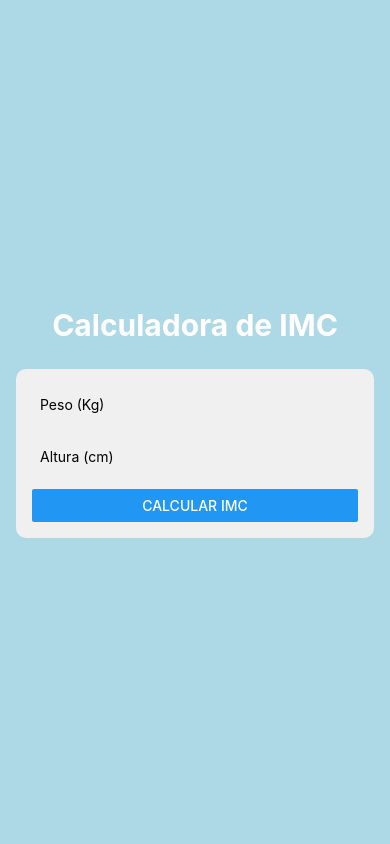
Repository: GustaPit/CalculadoraIMCpam
Screen: /
An editor plug-in stored every save of this project. The screen is shown before and after the next save, followed by the edit.
The app was drawn by React Native's web renderer in a window 390 px wide. The project was rebuilt for these pictures with package versions that can differ from the ones it lists, and the page was loaded fresh each time. Some packages were replaced by stand-ins written for this rebuild. Also part of the build but not shown: src/components/Result.js.

Above is the screen before, as saved 2025-04-04 12:04:47.

After the next save:
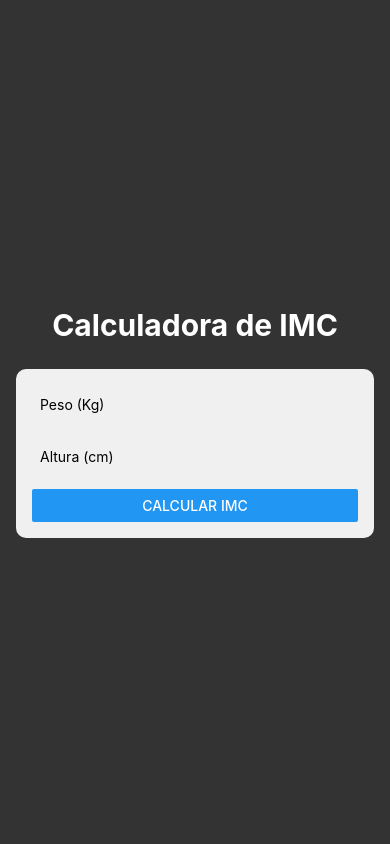
Saved 22 s later.
--- a/App.js
+++ b/App.js
@@ -14,7 +14,7 @@ export default function App() {
 const styles = StyleSheet.create({
   container: {
     flex: 1,
-    backgroundColor: '#ADD8E6',
+    backgroundColor: '#333',
     padding: 16,
     justifyContent: 'center',
   },
